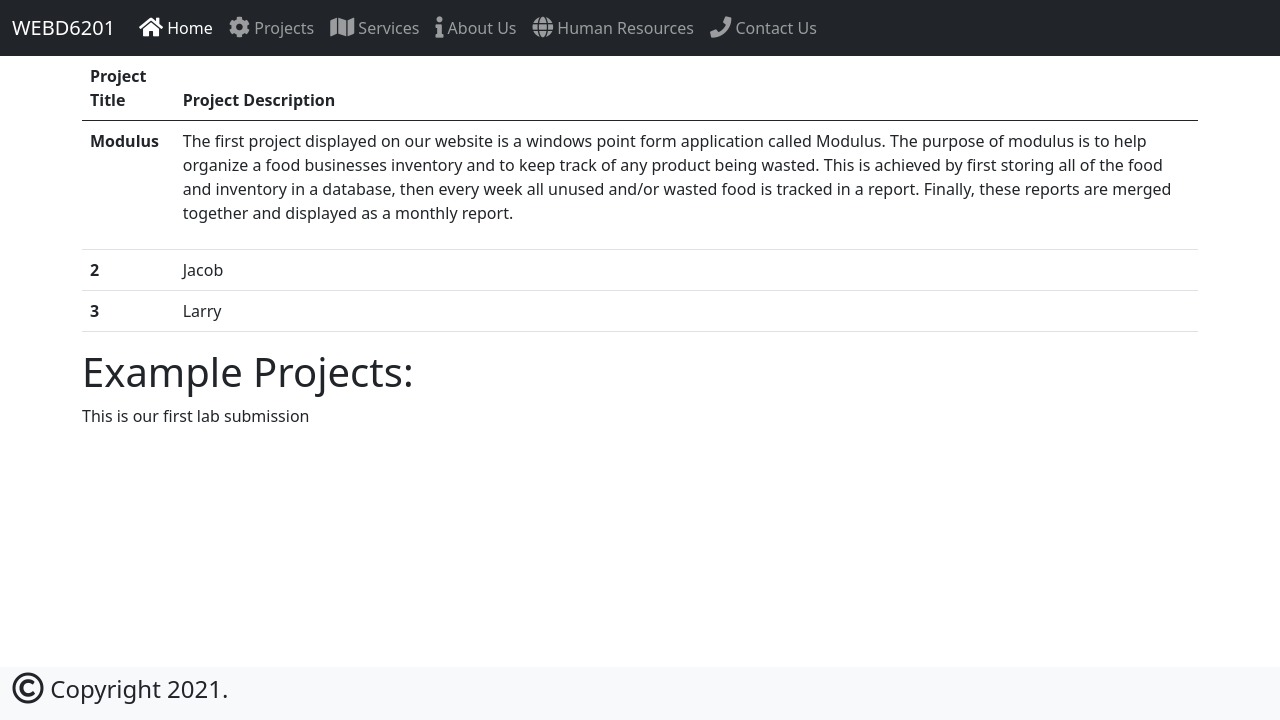
Repository: Sub4Sub/Lab_1
Page: products.html
An editor plug-in stored every save of this project. The page is shown before and after the next save, followed by the edit.
The browser window is 1280 px wide. The pictures show the whole page.

Above is the page before, as saved 2021-02-05 16:09:38.

### products.html
<!DOCTYPE html>
<html lang="en">
<head>
    <meta charset="UTF-8">
    <meta name="viewport" content="width=device-width, initial-scale=1.0">
    <title>Products</title>
    <!-- CSS Section -->
    <link rel="stylesheet" href="./node_modules/bootstrap/dist/css/bootstrap.min.css">
    <link rel="stylesheet" href="./node_modules/@fortawesome/fontawesome-free/css/all.min.css">
    <link rel="stylesheet" href="./Content/app.css">
</head>
<body>
    <!-- Main Header -->

    <!-- Main Content -->
    <main class="container">
      <table class="table">
        <thead>
          <tr>
            <th scope="col">Project Title</th>
            <th scope="col">Project Description</th>
          </tr>
        </thead>
        <tbody>
          <tr>
            <th scope="row">Modulus</th>
            <td>
              <p>
                The first project displayed on our website is a windows point form application called Modulus. The purpose of modulus is to
                help organize a food businesses inventory and to keep track of any product being wasted. This is achieved by first storing all of
                the food and inventory in a database, then every week all unused and/or wasted food is tracked in a report. Finally,
                these reports are merged together and displayed as a monthly report.
              </p>
            </td>
          </tr>
          <tr>
            <th scope="row">2</th>
            <td>Jacob</td>
          </tr>
          <tr>
            <th scope="row">3</th>
            <td>Larry</td>
          </tr>
        </tbody>
      </table>
    </main>



    <!-- Script Section-->
    <script src="./node_modules/jquery/dist/jquery.min.js"></script>
    <script src="./node_modules/bootstrap/dist/js/bootstrap.bundle.min.js"></script>
    <script src="./Scripts/app.js"></script>
</body>
</html>

### Scripts/app.js
/*
* Name: Brett Tindall & Emeka Okoisama
* Student Id: 100708109 &
* Date Completed: 2021-02-05
*/

"use strict";

//IIFE - Immediately Invoked Function Expression
(function()
{

    /*
      Function that displays the home page's content
    */
    function displayHome()
    {
        let indexHeading = document.createElement("h1");

        indexHeading.setAttribute("id", "indexHeading");
        indexHeading.textContent = `Welcome to lab 1`;

        let mainContent = document.querySelector("main");
        mainContent.appendChild(indexHeading);

        let newDivTag = document.createElement("div");
        newDivTag.innerHTML =
        `<h4>By Brett Tindall and Emeka Okoisama</h4>
        <p id="paragraphThree"> This is our first lab submission </p>`;


        mainContent.append(newDivTag);


    }

    function displayProjects()
    {
        let projectHeading = document.createElement("h1");

        projectHeading.setAttribute("id", "projectHeading");
        projectHeading.textContent = `Example Projects:`;

        let mainContent = document.querySelector("main");
        mainContent.appendChild(projectHeading);

        let newDivTag = document.createElement("div");
        newDivTag.innerHTML =
        `<p id="paragraphThree"> This is our first lab submission </p>`;


        mainContent.append(newDivTag);


    }

    /*
      Function that displays the contact page's content
    */
    function displayContact()
    {
      let contactHeading = document.createElement("h1");

      contactHeading.setAttribute("id", "contactHeading");
      contactHeading.textContent = "Enter a Contact";

      let mainContent = document.querySelector("main");
      mainContent.appendChild(contactHeading);

      let newDivTag = document.createElement("div");
      newDivTag.innerHTML =
      `<div id="messageArea"></div>

      <div class="row justify-content-lg-center g-3">
        <form class="col-lg-6 col-md-10 col-sm-10">

          <div class="input-group mb-3">
            <span class="input-group-text" id="inputGroup-sizing-default">Full Name </span>
            <input id="fullName" type="text" class="form-control" aria-label="Full Name" aria-describedby="Full Name Input"
            name="fullName" required>
          </div>

          <div class="input-group mb-3">
            <span class="input-group-text" id="inputGroup-sizing-default">Contact Number</span>
            <input id="contactNumber" type="tel" class="form-control" aria-label="Contact Number" aria-describedby="Contact Number Input"
            name="contactNumber" required>
          </div>

          <div class="input-group mb-3">
            <span class="input-group-text" id="inputGroup-sizing-default">Email</span>
            <input id="emailAddress" type="email" class="form-control" aria-label="Email Address" aria-describedby="Email Address Input"
            name="emailAddress" required>
          </div>

          <button id="sendButton" type="submit" class="btn btn-primary"><i class="fas fa-envelope fa-lg"></i> Send</button>
          <button id="cancelButton" type="reset" class="btn btn-warning"><i class="fas fa-undo fa-lg"></i> Cancel</button>
        </form>
      </div>`;

      mainContent.append(newDivTag);


      let sendButton = document.getElementById("sendButton");

        sendButton.addEventListener("click", function(event){

          window.location.href = './index.html';

        });

    }

    /*
      Function that displays the fixed footer at the bottom of the page
    */
   function displayHeader()
   {
     let mainContent = document.querySelector("body");

     //let sendButton = document.getElementById("body");

     let newFooterTag = document.createElement("header");

     newFooterTag.innerHTML =
     `
     <header>
      <!-- Main Navigation -->
      <nav class="navbar navbar-expand-lg navbar-dark bg-dark">
          <div class="container-fluid">
            <a class="navbar-brand" href="index.html">WEBD6201</a>
            <button class="navbar-toggler" type="button" data-bs-toggle="collapse" data-bs-target="#navbarSupportedContent" aria-controls="navbarSupportedContent" aria-expanded="false" aria-label="Toggle navigation">
              <span class="navbar-toggler-icon"></span>
            </button>
            <div class="collapse navbar-collapse" id="navbarSupportedContent">
              <ul class="navbar-nav me-auto mb-2 mb-lg-0" id ="headerList">
                <li class="nav-item">
                  <a class="nav-link active" aria-current="page" href="index.html"><i class="fas fa-home fa-lg"></i> Home</a>
                </li>

                <li class="nav-item">
                  <a class="nav-link" id="productsLink" aria-current="page" href="products.html"><i class="fas fa-cog fa-lg"></i> Products</a>
                </li>

                <li class="nav-item">
                  <a class="nav-link" aria-current="page" href="services.html"><i class="fas fa-map fa-lg"></i> Services</a>
                </li>

                <li class="nav-item" id="aboutUsList">
                  <a class="nav-link" id="aboutUsLink" aria-current="page" href="about.html"><i class="fas fa-info fa-lg"></i> About Us</a>
                </li>

                <li class="nav-item">
                  <a class="nav-link" aria-current="page" href="contact.html"><i class="fas fa-phone fa-lg"></i> Contact Us</a>
                </li>
              </ul>
            </div>
          </div>
        </nav>
  </header>
     `

     mainContent.prepend(newFooterTag);

   }

    /*
      Function that displays the fixed footer at the bottom of the page
    */
    function displayFooter()
    {
      let mainContent = document.querySelector("main");

      let newFooterTag = document.createElement("footer");

      newFooterTag.innerHTML =
      `
      <footer>
        <nav class="navbar fixed-bottom navbar-light bg-light">
            <div class="container-fluid">
              <h4><i class="far fa-copyright fa-lg"></i> Copyright 2021.</h4>
            </div>
          </nav>
    </footer>
      `

      mainContent.append(newFooterTag);

    }

    /*
      Function that adds a button to the human resources page
    */
    function addHumanResourcesButton()
    {

      let aboutUsLink = document.getElementById("aboutUsList");

      let newListItem = document.createElement("li");

      newListItem.innerHTML =
      `
      <li class="nav-item">
        <a class="nav-link" id="HumanResourcesLink" aria-current="page" href="human-resources.html"><i class="fas fa-globe fa-lg"></i> Human Resources</a>
      </li>
      `

      aboutUsLink.after(newListItem);

    }

    /*
      Function that changes the products button's text to projects
    */
   function alterProductsButton()
   {

    let productsButton = document.getElementById("headerList").childNodes[3];

    //productsButton.textContent = "Projects";

    let newListItem = document.createElement("li");

    newListItem.innerHTML =
   `
   <li class="nav-item">
               <a class="nav-link" aria-current="page" href="products.html"><i class="fas fa-cog fa-lg"></i> Projects</a>
             </li>
   `

    productsButton.replaceChild(newListItem, productsButton.childNodes[1]);

   }

   /*
      Function that run when the page loads
    */
    function Start()
    {
        console.log("App Started...");

        displayHeader();

        alterProductsButton();

        addHumanResourcesButton();

        switch (document.title)
        {
          case "Home":
              displayHome();
            break;
          case "About":
              displayAbout();
            break;
          case "Products":
              displayProjects();
            break;
          case "Services":
              displayServices();
            break;
          case "Contact":
              displayContact();
            break;
        }

    }

    displayFooter();

    window.addEventListener("load", Start);

})();

Loaded but not shown: node_modules/bootstrap/dist/css/bootstrap.min.css (library); node_modules/@fortawesome/fontawesome-free/css/all.min.css (library); node_modules/jquery/dist/jquery.min.js (library); node_modules/bootstrap/dist/js/bootstrap.bundle.min.js (library); Content/app.css (no stored copy; drawn as an empty file)

After the next save:
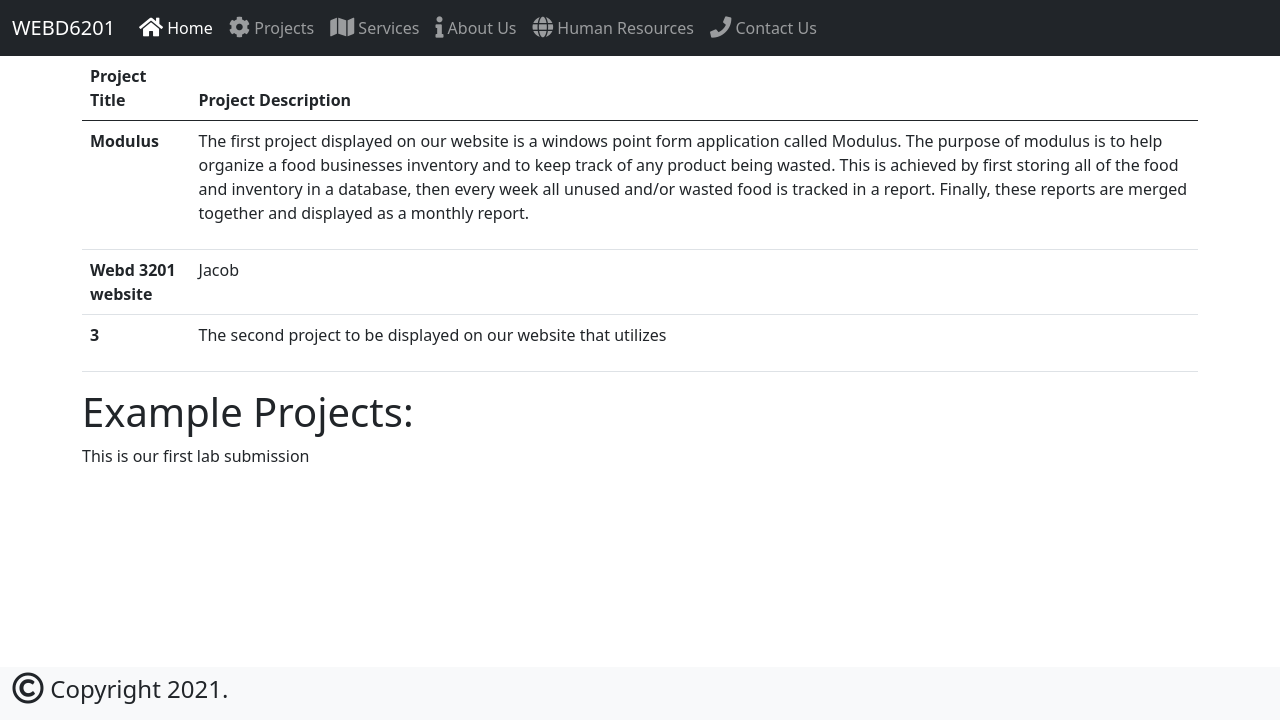
Saved 4 min 51 s later.
--- a/products.html
+++ b/products.html
@@ -34,12 +34,16 @@
             </td>
           </tr>
           <tr>
-            <th scope="row">2</th>
+            <th scope="row">Webd 3201 website</th>
             <td>Jacob</td>
           </tr>
           <tr>
             <th scope="row">3</th>
-            <td>Larry</td>
+            <td>
+              <p>
+                The second project to be displayed on our website that utilizes
+              </p>
+            </td>
           </tr>
         </tbody>
       </table>
